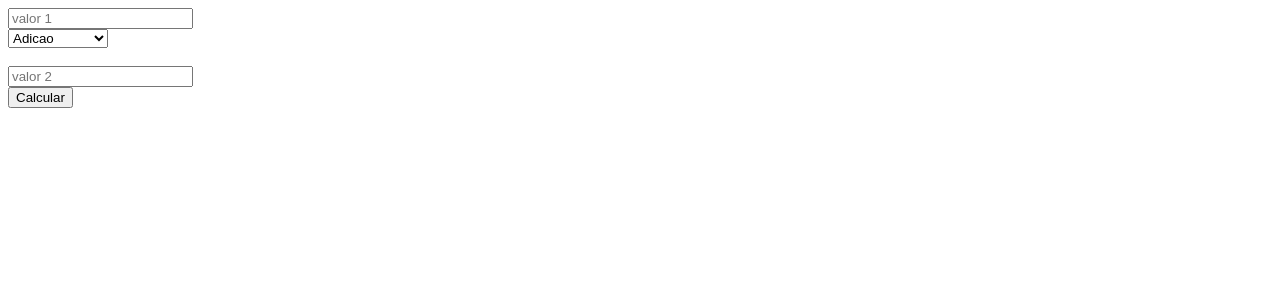
Repository: Marcelinalima/Java_JSP
Page: Execicios_JSP/src/main/webapp/calculadora.html
These files come from the project's save history. The page is drawn as it stood at one moment and after the next save; the edit follows.
The browser window is 1280 px wide. The pictures show the whole page.

Above is the page before, as saved 2023-04-16 23:42:44.

### Execicios_JSP/src/main/webapp/calculadora.html
<!DOCTYPE html>
<html>

	<head>
		<meta charset="UTF-8">
		<title>Insert title here</title>
		<meta name="viewport" content="width=divece-width, initial -scale-1.0">
	</head>
	<body>

         <form action "saida.jsp"  method="post">
              <input type="text" name="valor1" value="" placeholder= "valor 1"<br><br>
              <select name="operação">
                  <option value="adicao">Adicao</option>
                  <option value="subtração">Subtração</option>
                  <option value="multiplicação">Multiplicação</option>
                  <option value="divisão">Divisão</option>
               </select><br><br>

              <input type="text" name="valor2" value=""placeholder= "valor 2"<br><br>

              <input type="submit" name="bt" value="Calcular"<br><br>

          </form>
</body>
</html>

After the next save:
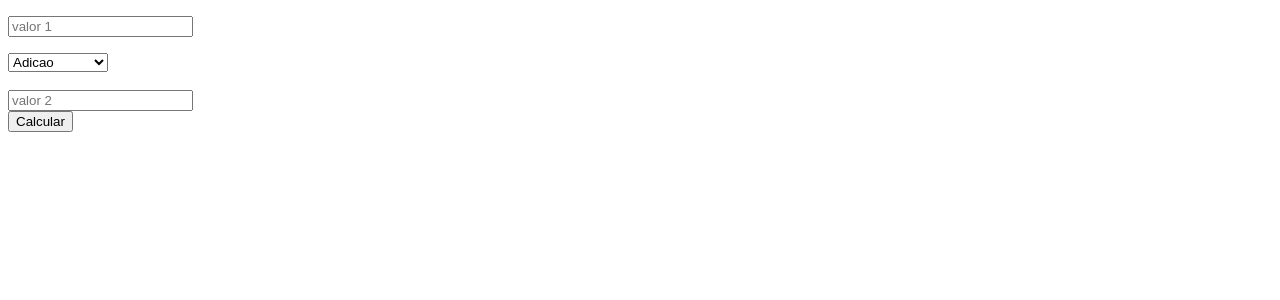
Saved 10 min 53 s later.
--- a/Execicios_JSP/src/main/webapp/calculadora.html
+++ b/Execicios_JSP/src/main/webapp/calculadora.html
@@ -8,8 +8,10 @@
 	</head>
 	<body>
 
-         <form action "saida.jsp"  method="post">
-              <input type="text" name="valor1" value="" placeholder= "valor 1"<br><br>
+         <form action "/Exercicios_JSP/saida.jsp"  method="post">
+
+         <form action="/projeto_pesquisa/PesquisaInclusaoServlet" method="post">
+              <p><input type="text" name="valor1" value="" placeholder= "valor 1"<br><br></p>
               <select name="operação">
                   <option value="adicao">Adicao</option>
                   <option value="subtração">Subtração</option>
